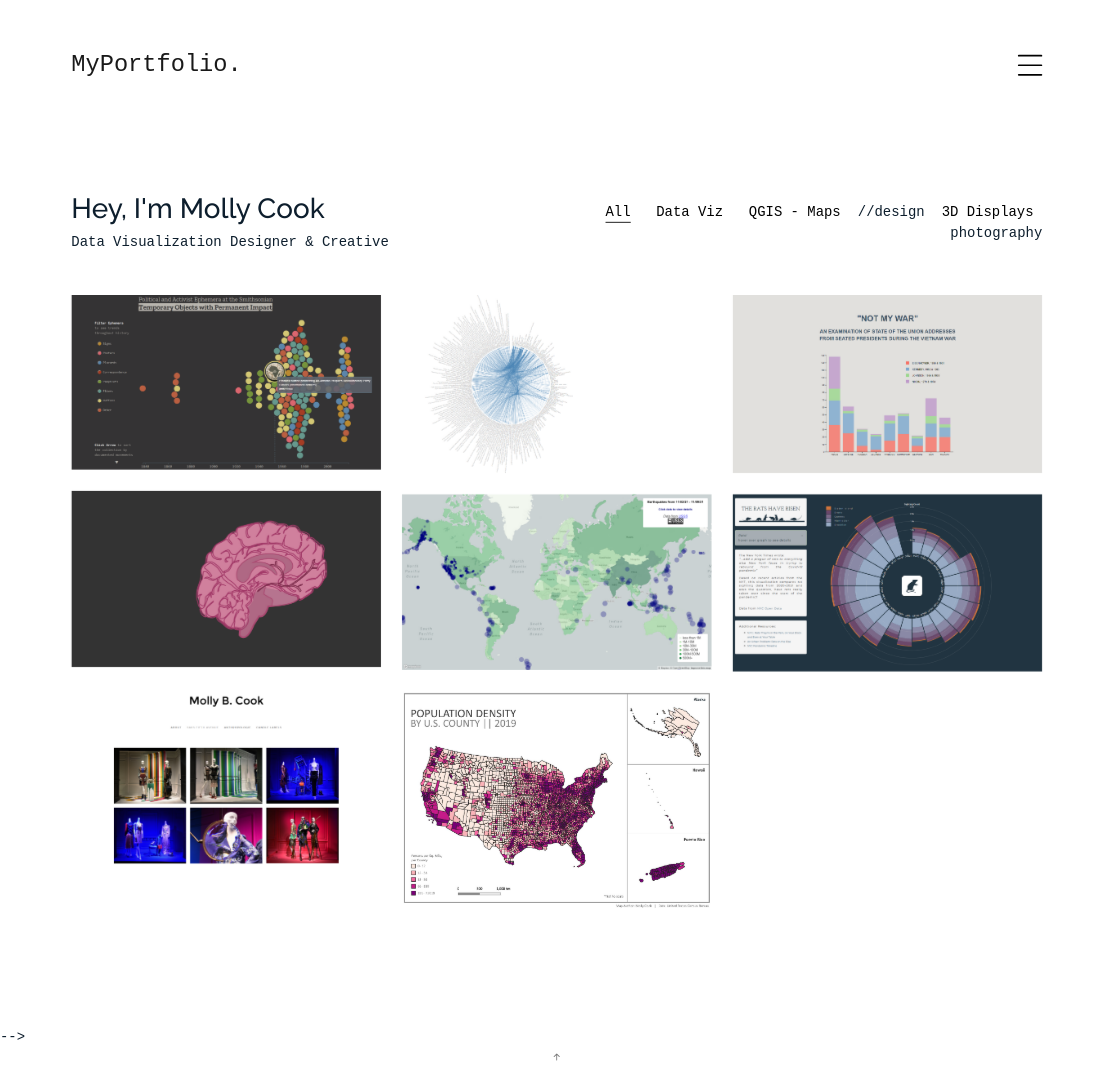
Repository: m0llyc00k/portfolio-2
Page: index.html
The author's editor kept a record of every edit. The page is drawn from the files as they stood at one moment, then again after the next edit.
The browser window is 1280 px wide. The pictures show the whole page, at 87% of full size.
Some web fonts or font styles are not loaded; a fallback is used.

Above is the page before.

After the next edit:
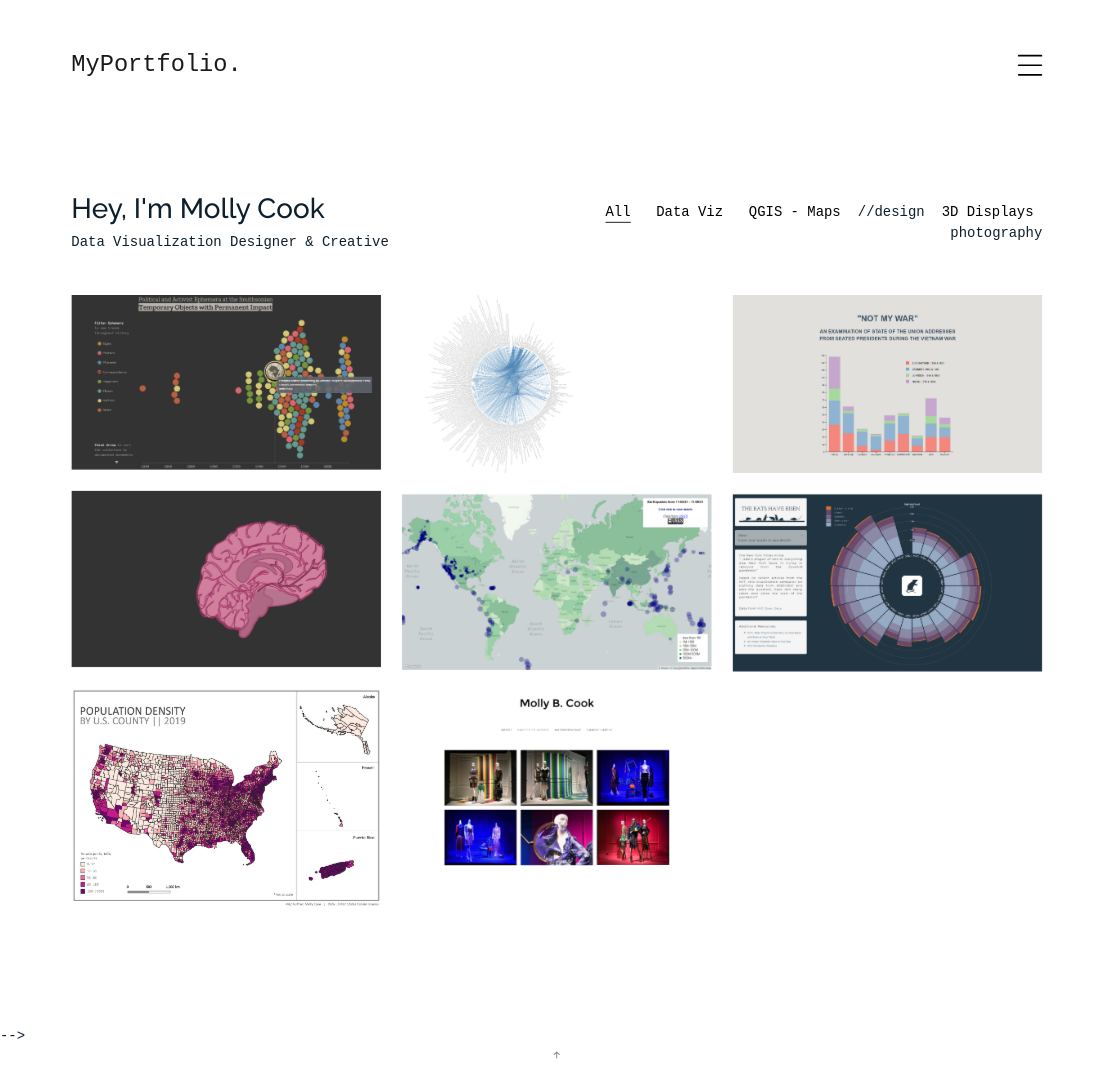
The edit:
--- a/index.html
+++ b/index.html
@@ -152,6 +152,16 @@
               <img class="img-fluid" src="assets/img/earthquake-overview.png">
             </a>
           </div>
+
+          <div class="item maps col-sm-6 col-md-4 col-lg-4 mb-4">
+            <a href="work-single-quake.html" class="item-wrap fancybox">
+              <div class="work-info">
+                <h3>QGIS Works</h3>
+                <span>Maps & Layouts</span>
+              </div>
+              <img class="img-fluid" src="assets/img/pop_by_county_2019_MollyCook.jpg">
+            </a>
+          </div>
           <div class="item displays col-sm-6 col-md-4 col-lg-4 mb-4">
             <a href="work-single-display.html" class="item-wrap fancybox">
               <div class="work-info">
@@ -159,15 +169,6 @@
                 <span>3D Displays</span>
               </div>
               <img class="img-fluid" src="assets/img/display-overview.png">
-            </a>
-          </div>
-          <div class="item maps col-sm-6 col-md-4 col-lg-4 mb-4">
-            <a href="work-single-quake.html" class="item-wrap fancybox">
-              <div class="work-info">
-                <h3>QGIS Works</h3>
-                <span>Maps & Layouts</span>
-              </div>
-              <img class="img-fluid" src="assets/img/pop_by_county_2019_MollyCook.jpg">
             </a>
           </div>
         </div>
